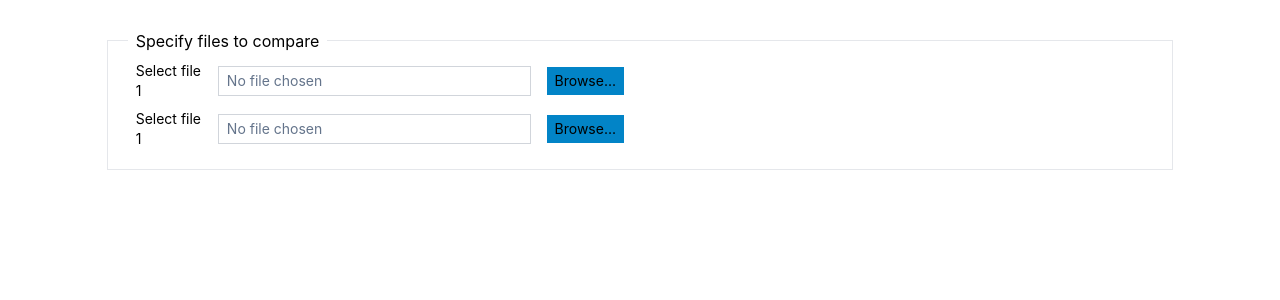
Repository: chionye/paymentology-front
Page: /
These files come from the project's save history. The page is drawn as it stood at one moment and after a run of saves; the edit follows.
The browser window is 1280 px wide. The pictures show the whole page.
The project was rebuilt for these pictures with package versions that can differ from the ones it lists, and the page was loaded fresh each time.

Above is the page before, as saved 2022-03-16 13:19:31.

After the next 3 saves:
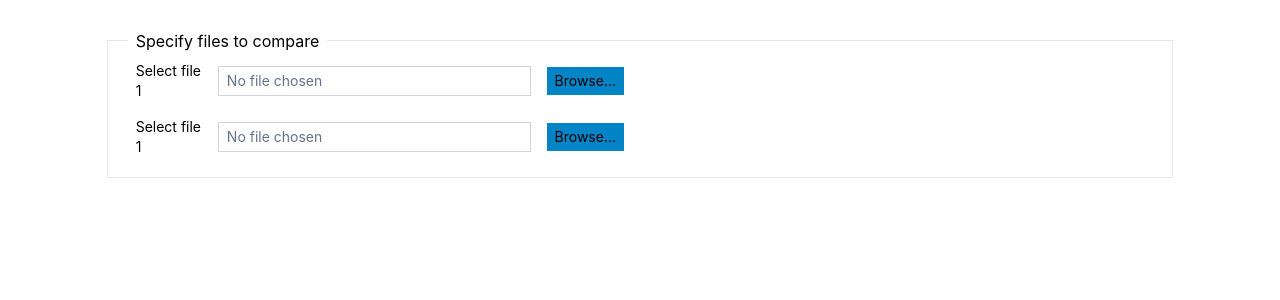
The 3 saves are shown as one change because they came seconds apart.
The last was saved 11 s later.
--- a/src/components/Section.js
+++ b/src/components/Section.js
@@ -5,7 +5,9 @@ const Section = () => {
         <div className="relative w-5/6 h-auto p-3 border border-1 border-gray mx-auto my-10">
             <div className="absolute -top-3 left-5 bg-white px-2">Specify files to compare</div>
             <InputFile />
-            <div c></div>
+            <div className="flex flex-row">
+
+            </div>
             <InputFile />
         </div>
     )
